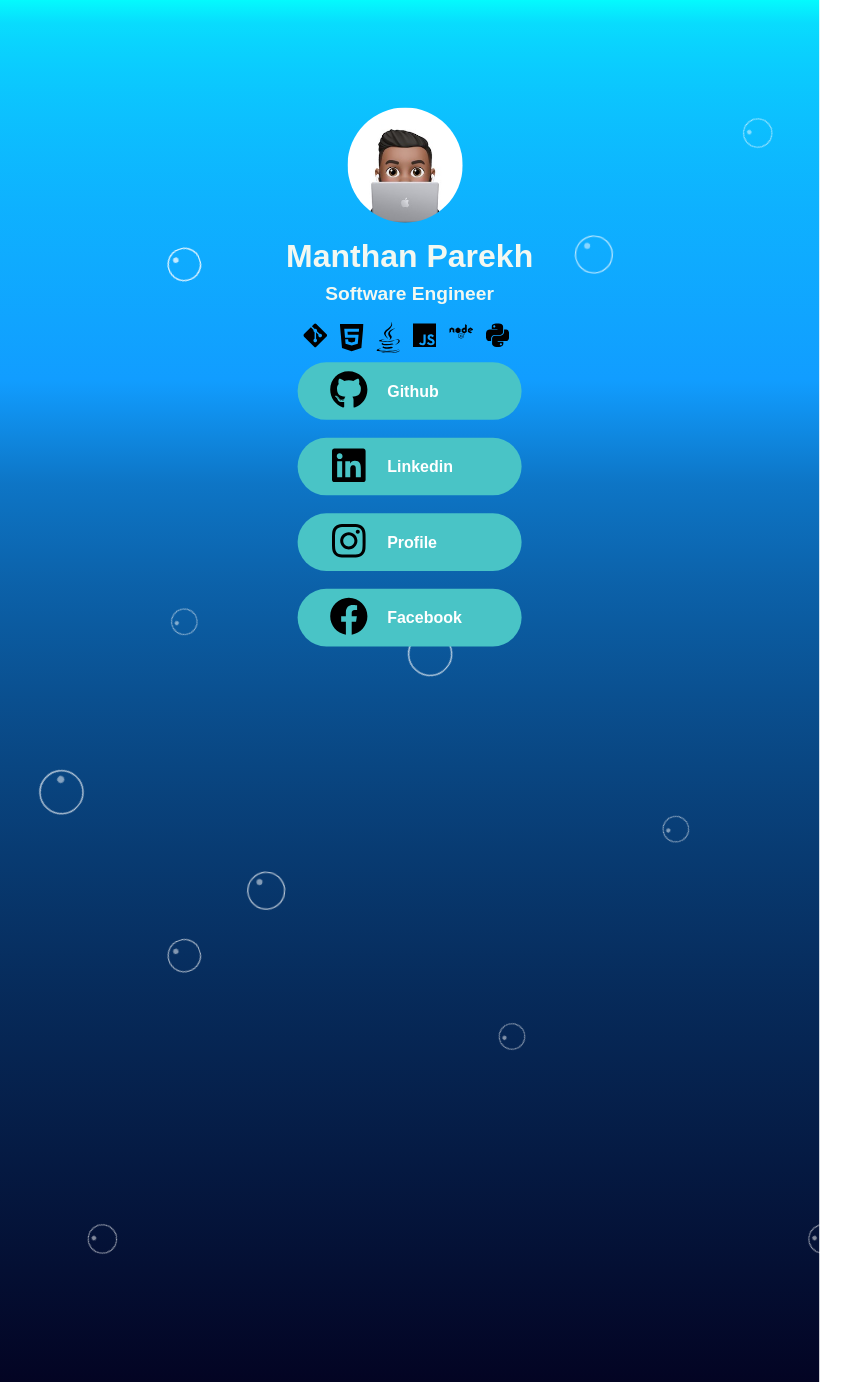
Repository: manthanparekh/linktree-clone
Page: index.html
An editor plug-in stored every save of this project. The page is shown before and after the next save, followed by the edit.
The browser window is 1280 px wide. The page is 1319 px wide, so the pictures cover 1319 px, including what lies to the right of the window. The pictures show the whole page, at 64% of full size.
Some web fonts or font styles are not loaded; a fallback is used.

Above is the page before, as saved 2023-05-23 15:59:14.

### index.html
<!DOCTYPE html>
<html lang="eng">
    <head>
        <meta charset="UTF-8">
        <meta name="viewport" content="width=device-width, initial-scale=1.0">
        <title>Link sites</title>
        <link rel="stylesheet" type="text/css" href="style/view.css">
        <link rel="stylesheet" type="text/css" href="style/block-information.css">
        <link rel="stylesheet" type="text/css" href="style/responsive.css">
        <link rel="icon" type="image/png" href="/img/android-chrome-192x192.png">
    </head>
    <body>
        <div class="container">
            <div class="wrapper">
                <div><span class="dot"></span></div>
                <div><span class="dot"></span></div>
                <div><span class="dot"></span></div>
                <div><span class="dot"></span></div>
                <div><span class="dot"></span></div>
                <div><span class="dot"></span></div>
                <div><span class="dot"></span></div>
                <div><span class="dot"></span></div>
                <div><span class="dot"></span></div>
                <div><span class="dot"></span></div>
                <div><span class="dot"></span></div>
                <div><span class="dot"></span></div>
                <div><span class="dot"></span></div>
                <div><span class="dot"></span></div>
                <div><span class="dot"></span></div>
            </div>
            <div class="align-block">
                <div class="block">
                    <main class="content">
                        <div class="personal-information">
                            <img src="./img/D03E815A-EB22-4023-A4E1-EEF42EFE75E2.jpeg" alt="emoji representing Manthan Parekh">
                            <h1>Manthan Parekh</h1>
                            <h3>Software Engineer</h3>
                        </div>

                        <div class="coding-icon">
                            <div class="icon-horizontal"><img class="code-icon" src="./img/git-alt-icon.svg" alt="git icon"></div>
                            <div class="icon-horizontal"><img class="code-icon" src="./img/html5-icon.svg" alt="html5 icon"></div>
                            <div class="icon-horizontal"><img class="code-icon" src="./img/java-icon.svg" alt="java icon"></div>
                            <div class="icon-horizontal"><img class="code-icon" src="./img/js-icon.svg" alt="js icon"></div>
                            <div class="icon-horizontal"><img class="code-icon" src="./img/node-icon.svg" alt="node.js icon"></div>
                            <div class="icon-horizontal"><img class="code-icon" src="./img/python-icon.svg" alt="python icon"></div>
                        </div>

                        <div class="redirect">
                            <a href="https://github.com/manthanparekh">
                                <div class="redirect-media click-here">
                                    <div>
                                        <img class="icon" src="./img/github-icon.svg" alt="Click here to be redirected to Manthan Parekh's github profile">
                                    </div>
                                    <div>
                                        <p>Github</p>
                                    </div>
                                </div>
                            </a>
                            <a href="https://www.linkedin.com/in/manthanparekh01">
                                <div class="redirect-media click-here">
                                    <div>
                                        <img class="icon" src="./img/linkedin-icon.svg" alt="Click here to be redirected to Manthan Parekh's linkedin profile">
                                    </div>
                                    <div>
                                        <p>Linkedin</p>
                                    </div>
                                </div>
                            </a>
                            <a href="https://www.instagram.com/manthanparekh/">
                                <div class="redirect-media click-here">
                                    <div>
                                        <img class="icon" src="./img/instagram-icon.svg" alt="Click here to be redirected to Manthan Parekh instagram">
                                    </div>
                                    <div>
                                        <p>Profile</p>
                                    </div>
                                </div>
                            </a>
                            <!--
                            <a href="https://www.instagram.com/manthanparekh/">
                                <div class="redirect-media click-here">
                                    <div>
                                        <img class="icon" src="./img/instagram-icon.svg" alt="Click here to be redirected to Manthan Parekh instagram">
                                    </div>
                                    <div>
                                        <p>Code</p>
                                    </div>
                                </div>
                            </a>
                        -->
                            <a href="https://www.facebook.com/manthan.parekh.35">
                                <div class="redirect-media click-here">
                                    <div>
                                        <img class="icon" src="./img/facebook-icon.svg" alt="Click here to be redirected to Manthan Parekh facebook">
                                    </div>
                                    <div>
                                        <p>Facebook</p>
                                    </div>
                                </div>
                            </a>
                        </div>
                    </main>
                </div>
            </div>
        </div>
    </body>
</html>

### style/view.css
* {
    margin: 0;
    padding: 0;
}

.wrapper {
    height: 300%;
    width: 100%;
    background: linear-gradient(180deg, #04fafd, 5%, #119dff, 50%, #030423);
    position: absolute;
}

.wrapper h1 {
    top: 50%;
    left: 50%;
    transform: translate(-50%, -50%);
    position: absolute;
    font-family: sans-serif;
    letter-spacing: 1px;
    word-spacing: 2px;
    color: #fff;
    font-size: 40px;
    font-weight: 888;
    text-transform: uppercase;
}

.wrapper div {
    height: 60px;
    width: 60px;
    border: 2px solid rgba(255, 255, 255, 0.7);
    border-radius: 50px;
    position: absolute;
    top: 10%;
    left: 10%;
    animation: 4s linear infinite;
}

div .dot {
    height: 10px;
    width: 10px;
    border-radius: 50px;
    background: rgba(255, 255, 255, 0.5);
    position: absolute;
    top: 20%;
    right: 20%;
}
.wrapper div:nth-child(1) {
    top: 20%;
    left: 20%;
    animation: animate 8s linear infinite;
}

.wrapper div:nth-child(2) {
    top: 60%;
    left: 80%;
    animation: animate 10s linear infinite;
}
.wrapper div:nth-child(3) {
    top: 40%;
    left: 40%;
    animation: animate 3s linear infinite;
}
.wrapper div:nth-child(4) {
    top: 66%;
    left: 30%;
    animation: animate 7s linear infinite;
}
.wrapper div:nth-child(5) {
    top: 90%;
    left: 10%;
    animation: animate 9s linear infinite;
}
.wrapper div:nth-child(6) {
    top: 30%;
    left: 60%;
    animation: animate 5s linear infinite;
}
.wrapper div:nth-child(7) {
    top: 70%;
    left: 20%;
    animation: animate 8s linear infinite;
}
.wrapper div:nth-child(8) {
    top: 75%;
    left: 60%;
    animation: animate 10s linear infinite;
}
.wrapper div:nth-child(9) {
    top: 50%;
    left: 50%;
    animation: animate 6s linear infinite;
}
.wrapper div:nth-child(10) {
    top: 45%;
    left: 20%;
    animation: animate 10s linear infinite;
}
.wrapper div:nth-child(11) {
    top: 10%;
    left: 90%;
    animation: animate 9s linear infinite;
}
.wrapper div:nth-child(12) {
    top: 20%;
    left: 70%;
    animation: animate 7s linear infinite;
}
.wrapper div:nth-child(13) {
    top: 20%;
    left: 20%;
    animation: animate 8s linear infinite;
}
.wrapper div:nth-child(14) {
    top: 60%;
    left: 5%;
    animation: animate 6s linear infinite;
}
.wrapper div:nth-child(15) {
    top: 90%;
    left: 80%;
    animation: animate 9s linear infinite;
}

.wrapper div:nth-child(16) {
    top: 10%;
    left: 12%;
    animation: animate 9s linear infinite;
}
.wrapper div:nth-child(17) {
    top: 95%;
    left: 60%;
    animation: animate 9s linear infinite;
}
.wrapper div:nth-child(15) {
    top: 90%;
    left: 98%;
    animation: animate 9s linear infinite;
}


@keyframes animate {
    0% {
        transform: scale(0) translateY(0) rotate(70deg);
    }
    100% {
        transform: scale(1.3) translateY(-100px) rotate(360deg);
    }
}

### style/block-information.css
@import url('https://fonts.googleapis.com/css?family=Courgette');
@import url('https://fonts.cdnfonts.com/css/bruno-ace-sc');

html{
    scroll-behavior: smooth;
}

body::-webkit-scrollbar {
    width: 12px
}

body::-webkit-scrollbar-thumb {
    background-color: #472dbd;
    border-radius: 10px;
}

div.align-block{
    display: flex;
    justify-content: center;
    align-items: center;
}

.block{
    z-index: 2;
    margin-top: 5%;
    display: flex;
    justify-content: center;
    align-items: center;
}

main.content{
    width: 500px;
    height: 1000px;
    border-radius: 10px;
    display: flex;
    flex-direction: column;
    align-items: center;
    justify-content: center;
    z-index: 2;
    margin-top: 5%;
    display: flex;
    justify-content: center;
    align-items: center;;
}

div.personal-information img{
    width: 180px;
    height: 180px;
    border-radius: 70%;
    margin-left: 25%;
    margin-bottom: 5%;

}

div.personal-information h1{
    font-family: 'Poppins', sans-serif;
    color: #f2f8f1;
    font-size: 50px;
    text-align: center;
    margin-bottom: 3%;
}

div.personal-information h3{
    font-size: 30px;
}

div.personal-information h3,
div.personal-information p{
    font-family: 'Poppins', sans-serif;
    color: #f2f8f1;
    text-align: center;
    margin-bottom: 6%;
}

div.icon-horizontal {
    height: 30px;
    width: 37px;
    padding: 5px;
    float: left;
    margin-right: 10px;
}

div.click-here{
    width: 350px;
    height: 90px;
    background-color: #49c4c6;
    border-radius: 50px;
    margin-top: 8%;
}

div.click-here p{
    font-family: 'Bruno Ace SC', sans-serif;
    font-weight: 700;
    font-size: 25px;
    color: #FFFFFF;
    text-align: center;
    margin-left: 30px;
}

.redirect-media{
    display: flex;
    align-items: center;
}

a{
    text-decoration: none;
}

img.icon{
    width: 60px;
    height: 60px;
    margin-left: 50px;
}

p.subtitles{
    font-family: 'Poppins', sans-serif;
    font-weight: 700;
    color: #353839;
    text-align: center;
    margin-top: 40px;
}

div.no-icon p{
    margin-left: 0px;
}

div.no-icon p.align-text{
    width: 300px;
    text-align: center;
}

### style/responsive.css
@media(max-width: 500px) {
    .block{
        z-index: 2;
        margin-top: 5%;
    }

    main.content{
        width: 300px;
        height: 200px;
    }

    div.personal-information img {
        width: 150px;
        height: 150px;
        border-radius: 50%;
        margin-top: 10px;
        margin-left: 25%;
        margin-bottom: 10px;
    }

    div.click-here{
        width: 300px;
        height: 60px;
        background-color: #22c1c3;
        border-radius: 50px;
        margin-top: 5%;
    }

    img.icon{
        width: 0px;
        height: 30px;
    }

}

After the next save:
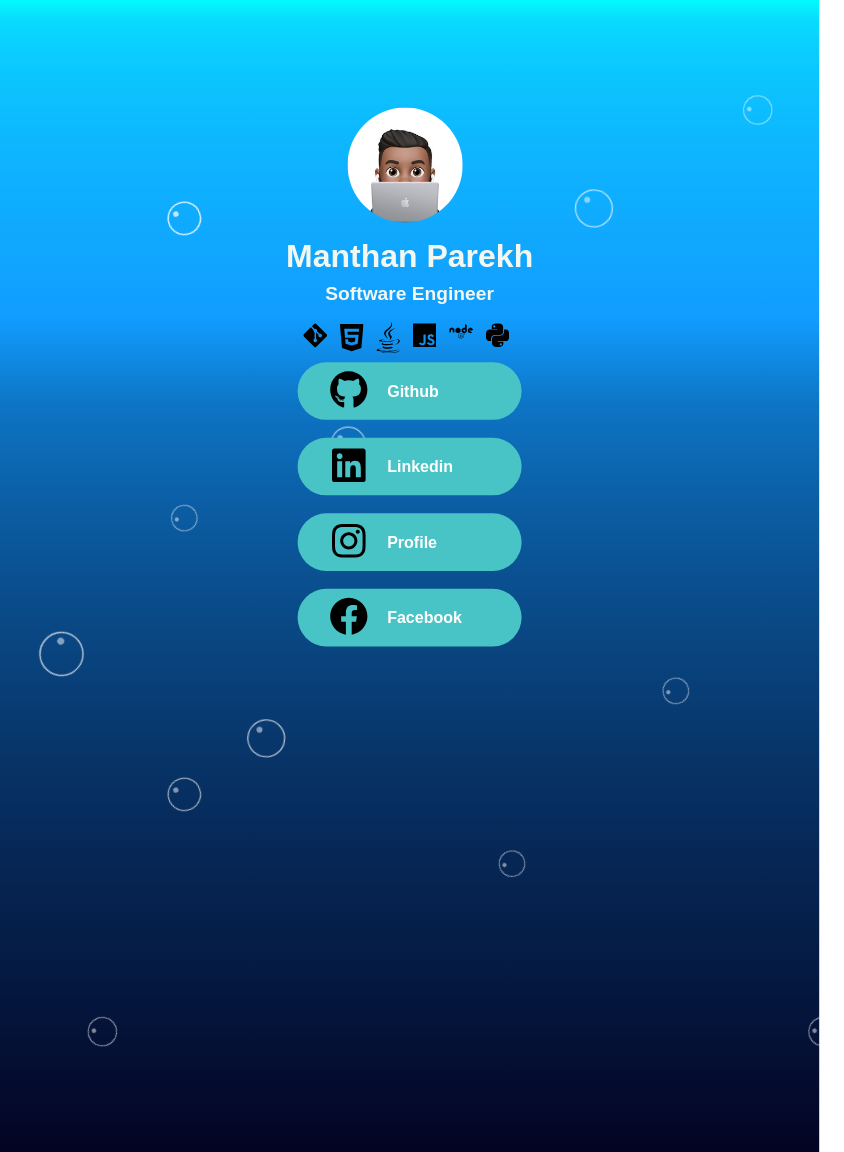
Saved 74 s later.
--- a/style/view.css
+++ b/style/view.css
@@ -4,7 +4,7 @@
 }
 
 .wrapper {
-    height: 300%;
+    height: 250%;
     width: 100%;
     background: linear-gradient(180deg, #04fafd, 5%, #119dff, 50%, #030423);
     position: absolute;
